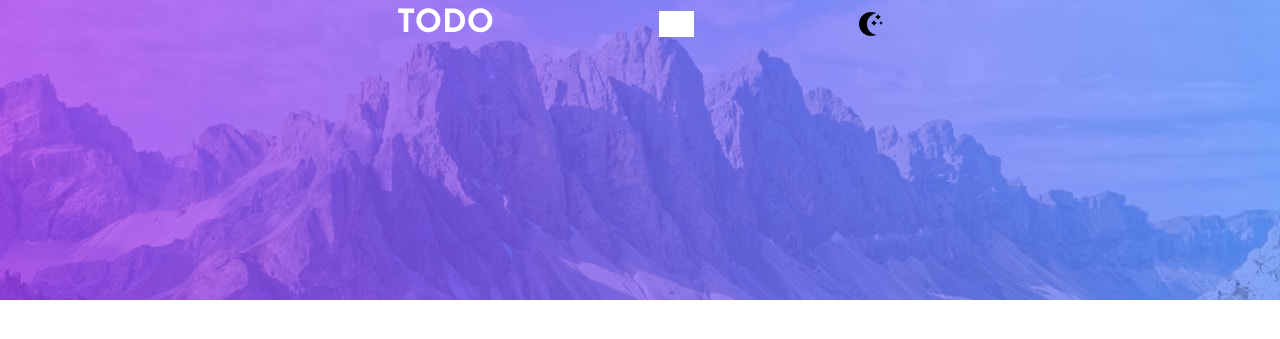
Repository: ikram-lisa/todo-list
Page: /
The author's editor kept a copy of each file at every save. The page is drawn from the files as they stood at one save, then again after the next save.
The browser window is 1280 px wide. The pictures show the whole page.
Pictures or frames that could not be fetched are drawn as grey boxes. The project was rebuilt for these pictures with package versions that can differ from the ones it lists, and the page was loaded fresh each time. Also part of the build but not shown: vite.config.js.

Above is the page before, as saved 2024-05-14 22:27:44.

After the next save:
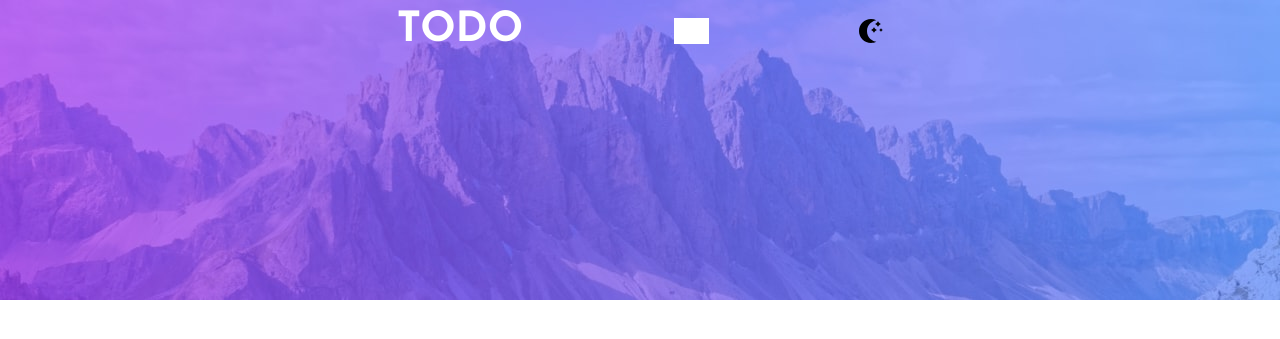
Saved 29 s later.
--- a/src/css/style.scss
+++ b/src/css/style.scss
@@ -38,7 +38,7 @@ body {
   h1 {
     font-weight: 700;
     color: white;
-    font-size: 2rem;
+    font-size: 2.6rem;
   }
   img {
     width: 100%;
